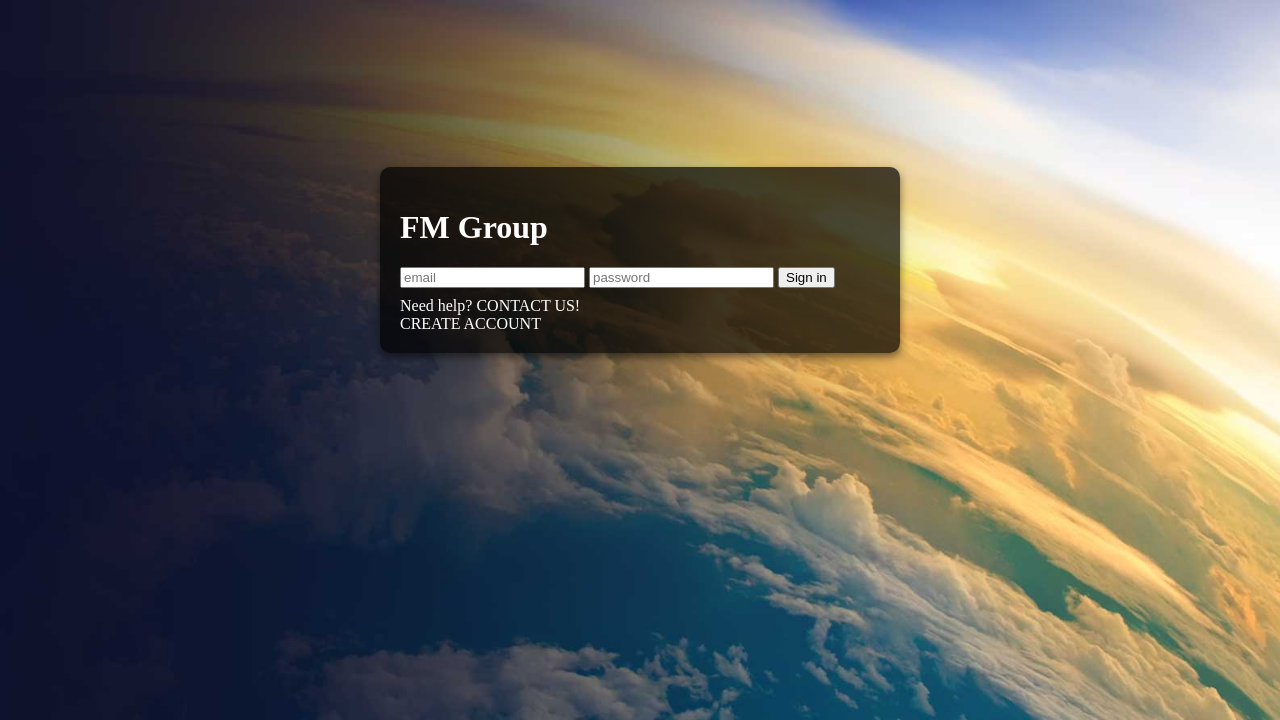
Repository: leeboseok/proposal-board
Page: http://localhost/ProposalSys/signin.jsp
An editor plug-in stored every save of this project. The page is shown before and after the next save, followed by the edit.
The browser window is 1280 px wide. The pictures show the whole page.
The page is served by Tomcat 9.

Above is the page before, as saved 2024-07-31 16:20:32.

After the next save:
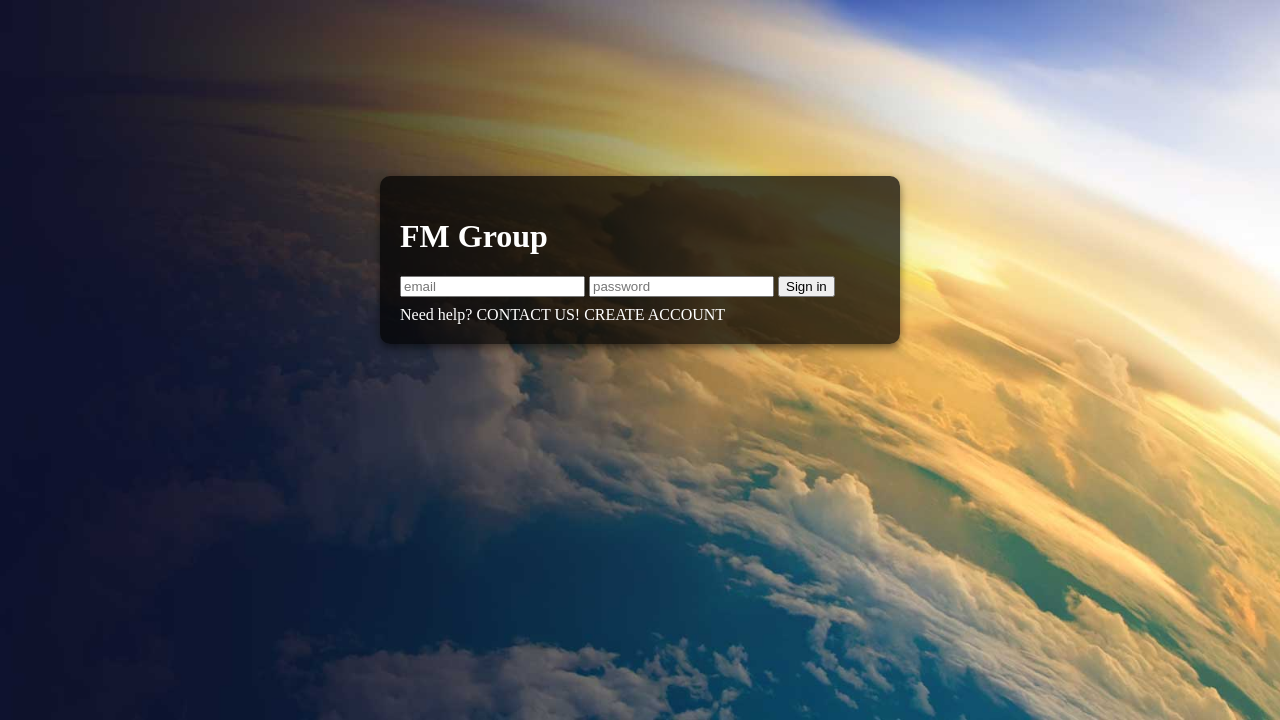
Saved 40 s later.
--- a/ProposalSys/src/main/webapp/signin.jsp
+++ b/ProposalSys/src/main/webapp/signin.jsp
@@ -21,8 +21,10 @@
 					<input type="submit" class="loginButton" id="submit" value="Sign in">
 				</div>
 			</form>
-			<div class="div_a"><a href = "admincontact.jsp">Need help? CONTACT US!</a></div>
-			<div class="div_a"><a href = "signup.jsp">CREATE ACCOUNT</a></div>
+			<div class="div_a">
+				<a href = "admincontact.jsp">Need help? CONTACT US!</a>
+				<a href = "signup.jsp">CREATE ACCOUNT</a>
+			</div>
 		</div>
 	</body>
 </html>

After the 2 saves that followed:
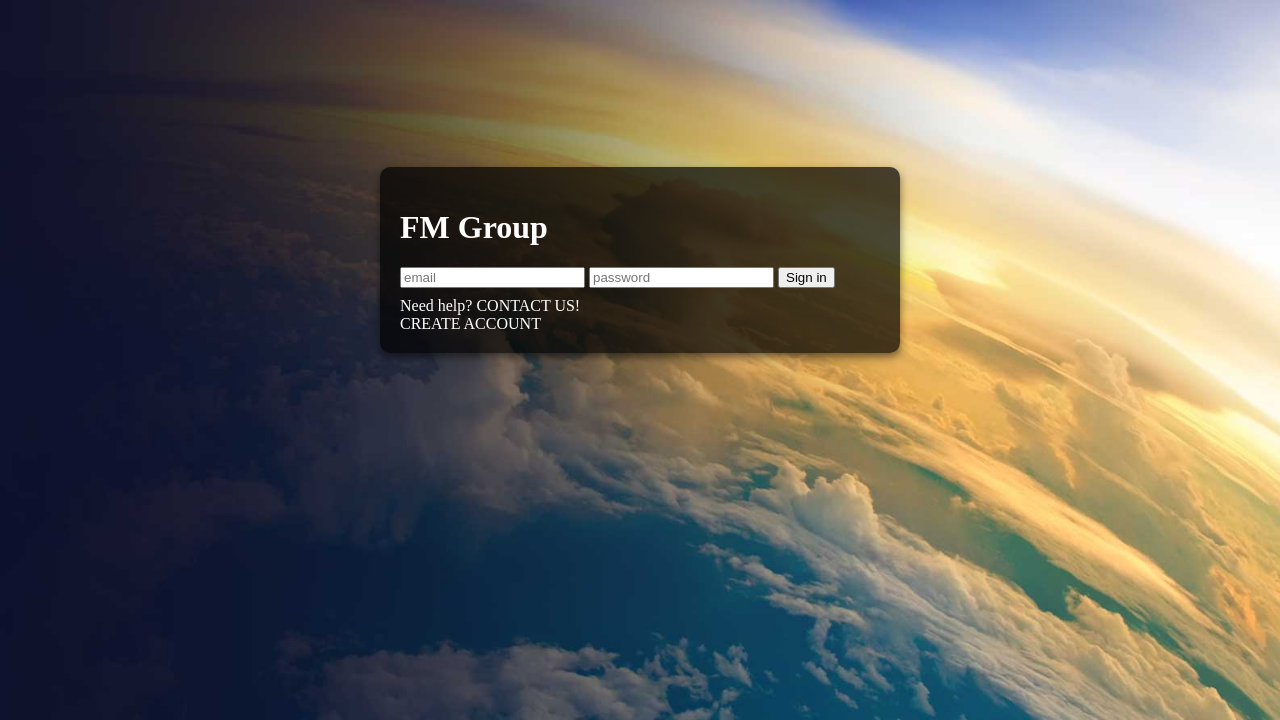
The 2 saves are shown as one change because 1 left the picture as it was.
The last was saved 4 min 2 s later.
--- a/ProposalSys/src/main/webapp/signin.jsp
+++ b/ProposalSys/src/main/webapp/signin.jsp
@@ -23,6 +23,8 @@
 			</form>
 			<div class="div_a">
 				<a href = "admincontact.jsp">Need help? CONTACT US!</a>
+			</div>
+			<div>
 				<a href = "signup.jsp">CREATE ACCOUNT</a>
 			</div>
 		</div>
